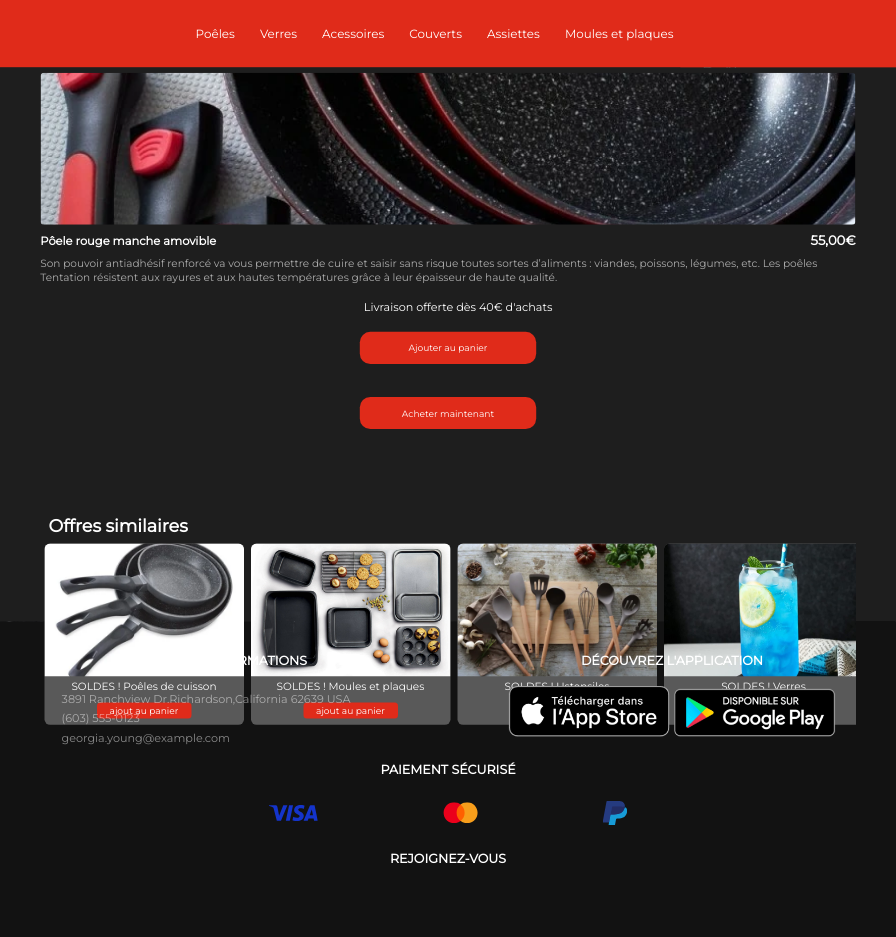
Repository: Juannpl/Luxury-Kicthen
Page: html/page_produits.html
An editor plug-in stored every save of this project. The page is shown before and after the next save, followed by the edit.
The browser window is 1280 px wide. The pictures show the whole page, at 70% of full size.
Some icons come from a web library that is not loaded, so they are not drawn.

Above is the page before, as saved 2023-02-16 10:39:50.

After the next save:
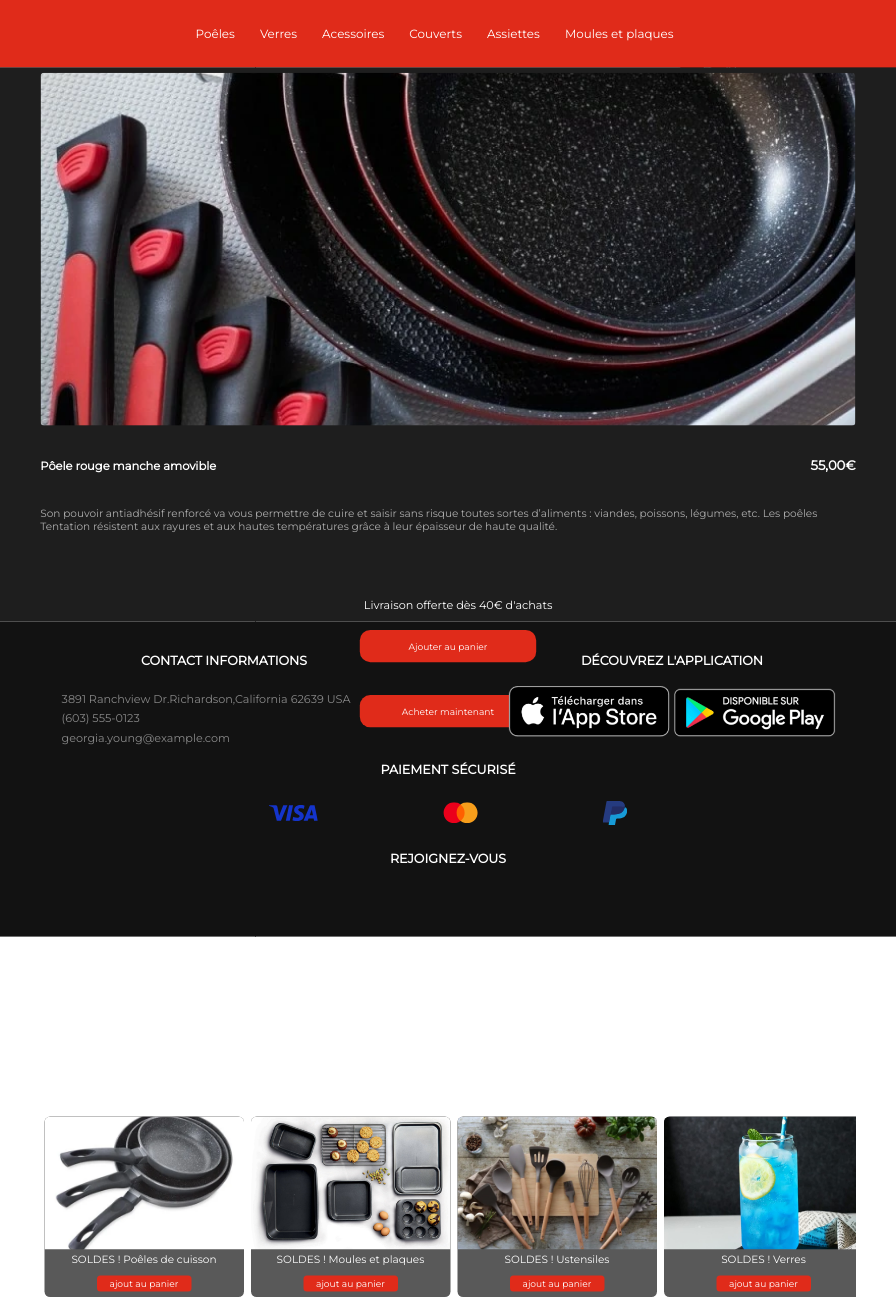
Saved 5 s later.
--- a/css/page_produits.css
+++ b/css/page_produits.css
@@ -335,7 +335,7 @@
 }
 
 .wrap{
-    height: 80%;
+    height: %;
 }
 
 /*
